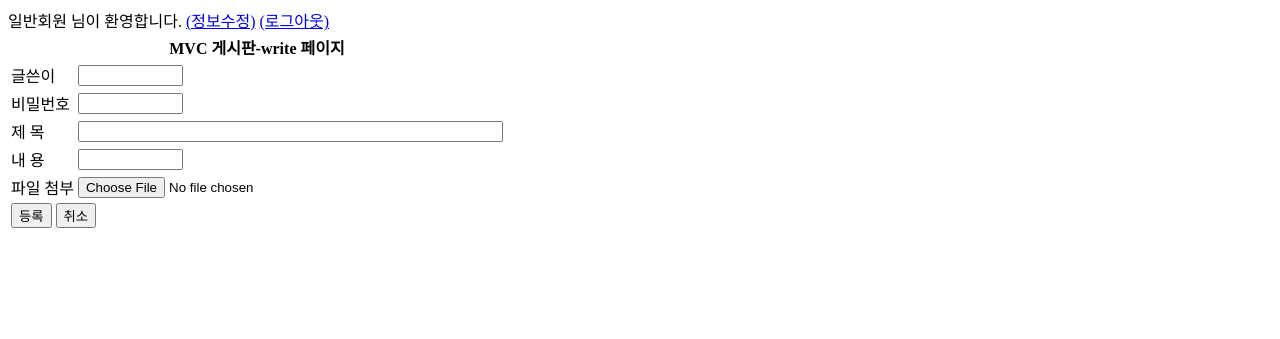
Repository: rumor1993/KH1
Page: http://localhost/Board/board/qna_board_reply.jsp
An editor plug-in stored every save of this project. The page is shown before and after the next save, followed by the edit.
The browser window is 1280 px wide. The pictures show the whole page.
The page is served by Tomcat 9. Other server files are loaded and not shown. The template is opened directly, without the code that normally fills it, so the values that code supplies are empty.

Above is the page before, as saved 2018-05-10 06:35:46.

### Board/WebContent/board/qna_board_reply.jsp
<%@ page language="java" contentType="text/html; charset=EUC-KR"
    pageEncoding="EUC-KR"%>
<!DOCTYPE html>
<html>
<head>
<title>Insert title here</title>
</head>
<body>
	<jsp:include page="header.jsp"/>
	<form action="./BoardReplyAction.bo" method="post" name="boardform">
		<input type="hidden" name="BOARD_NUM" value="${boarddata.BOARD_NUM }">

		<input type="hidden" name="BOARD_RE_REF" value="${boarddata.BOARD_RE_REF }">

		<input type="hidden" name="BOARD_RE_LEV" value="${boarddata.BOARD_RE_LEV }">

		<input type="hidden" name="BOARD_RE_SEQ" value="${boarddata.BOARD_RE_SEQ }">

	<table>
			<tr class="center">
				<th colspan="2">MVC 게시판-write 페이지</th>
			</tr>
			<tr>
				<td><div>글쓴이</div></td>
				<td>
					<input name="BOARD_NAME" id="board_name" readOnly
					type="text" size="10" maxlength="30" value="${id }">
				</td>
			</tr>
			<tr>
				<td>
					<div>비밀번호</div>
				</td>
				<td>
					<input name="BOARD_PASS" id="board_pass" type="password" size="10"
					maxlength="30" value="">
				</td>
			</tr>

			<tr>
				<td>
					<div>제 목</div>
				</td>
				<td>
					<input name="BOARD_SUBJECT" id="board_subject" type="text" size="50"
					maxlength="100" value="">
				</td>
			</tr>

			<tr>
				<td>
					<div>내 용</div>
				</td>
				<td>
					<input name="BOARD_CONTENT" id="board_content" type="text" size="10"
					maxlength="500" value="">
				</td>
			</tr>

			<tr>
				<td>
					<div>파일 첨부</div>
				</td>
				<td>
					<input name="BOARD_FILE" id="upfile" type="file">
		<!-- 			<img src="./image/image.png" onclick="document.all.BOARD_FILE.click(); document.all.filePath.value=document.all.BOARD_FILE.value" >
					<input type="text" name="filePath" readonly> -->
				</td>
			</tr>

			<tr class="center">
				<td colspan="2" class="h30 lime">
					<input type=submit value="등록">
					<input type=reset value="취소">
				</td>
			</tr>
		</table>
	</form>
</body>
</html>

### Board/WebContent/board/header.jsp
<%@ page language="java" contentType="text/html; charset=EUC-KR"
    pageEncoding="EUC-KR"%>
<%@ taglib prefix="c"
	uri="http://java.sun.com/jsp/jstl/core" %>
<!DOCTYPE html>
<html>
<head>
<title>Insert title here</title>
</head>
<body>
<%
	request.setCharacterEncoding("euc-kr");
%>
	<c:choose>
		<c:when test="${id!='admin' }">
			<span>일반회원 ${sessionScope.id }님이 환영합니다.</span> <a href = "member_update.net">(정보수정)</a> <a href = "logout.net">(로그아웃)</a><br>
		</c:when>

		<c:otherwise>
			<span>관리자 ${sessionScope.id }님 환영합니다.</span> <a href = "member_update.net">(정보수정)</a>
			<a href = "member_list.net">관리자모드 접속(회원 목록 보기)</a>
			 <a href = "BoardList.bo">(게시판)</a><br>
		</c:otherwise>
	</c:choose>

<%-- 	<div id="header">
		<c:if test="${empty id }">
			<script>
				location.href="login.net";
			</script>
		</c:if>
		<c:if test="${!empty id }">
			<c:if test="${id=='admin' }">
				<span> 관리자 ${id } 님 환영합니다.></span>
			</c:if>
			<c:if test="${id!='admin' }">
				<span>일반회원 ${id } 님 환영합니다.</span>
			</c:if>
		</c:if>
		</div>
--%>



	<%--
	<%
	if(!id.equals("admin")){
	%>
		<span>일반회원 <%=id %>님이 환영합니다.</span> <a href = "update.jsp">(정보수정)</a> <a href = "logout.jsp">(로그아웃)</a><br>
	<%
	}else{
	%>
		<%
	}
	%> --%>
</body>
</html>

### Board/WebContent/css/list.css
@CHARSET "EUC-KR";
table{margin:0 auto; width:800px}
th{height:30px;background:#f1f1f1;}
td{font-family:돋음; font-size:14; height:36px;}
td:nth-child(2n+1), .center{text-align:center}
.h30{height:30px}
.lime{background-color: #f1f1f1;}
tr:hover{background-color:#F8F8F8}
a{text-decoration:none}
.btn {
    border: none;
    outline: none;
    padding: 10px 18px;
    background-color: #f1f1f1;
    cursor: pointer;
    font-size: 18px;
    word-spacing:5px;
}


.active, .btn a:hover {
    background-color: #666;
    color: white;
}

After the next save:
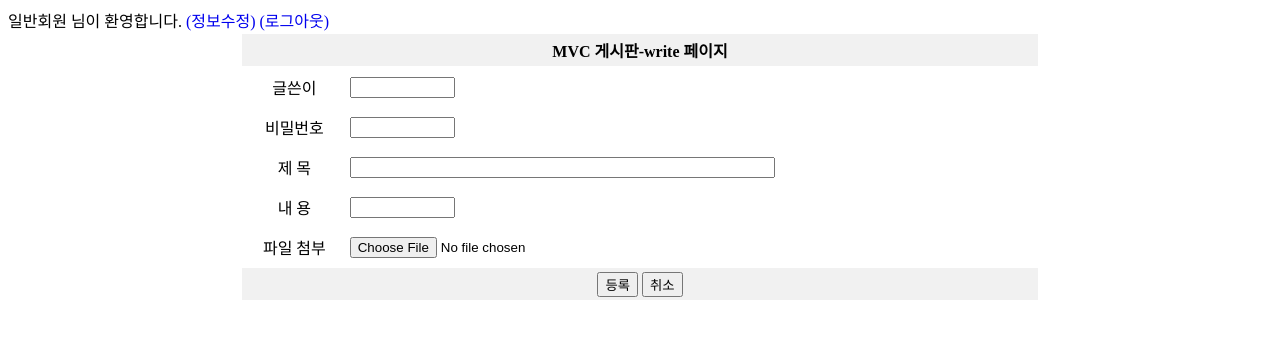
Saved 2 min 25 s later.
--- a/Board/WebContent/board/qna_board_reply.jsp
+++ b/Board/WebContent/board/qna_board_reply.jsp
@@ -5,6 +5,8 @@
 <head>
 <title>Insert title here</title>
 </head>
+
+<link href="css/list.css" rel="stylesheet">
 <body>
 	<jsp:include page="header.jsp"/>
 	<form action="./BoardReplyAction.bo" method="post" name="boardform">
